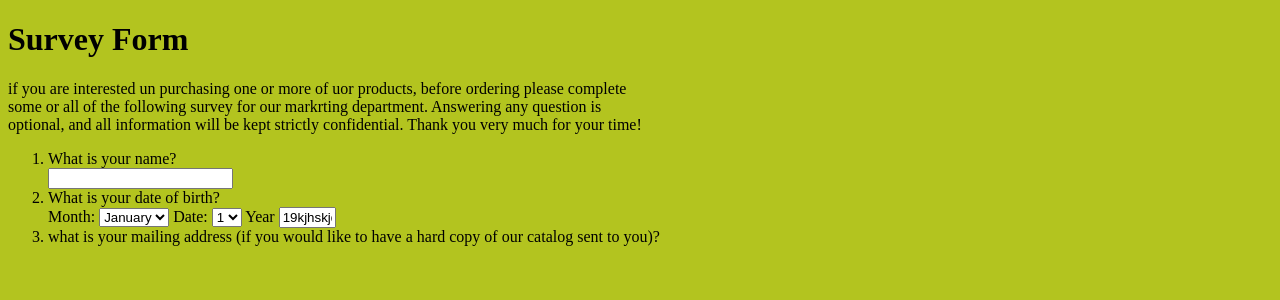
Repository: PhamChiXuan1/HTCNW_tuan3_DHCNTT16C_PhamChiXuan_20030131
Page: bt17.html
The author's editor kept a copy of each file at every save. The page is drawn from the files as they stood at one save, then again after the next save.
The browser window is 1280 px wide. The pictures show the whole page.

Above is the page before, as saved 2022-02-27 22:19:16.

After the next save:
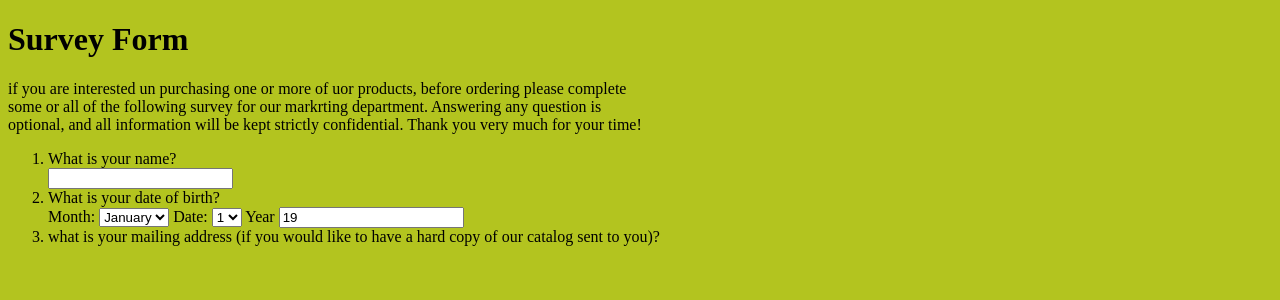
Saved 21 s later.
--- a/bt17.html
+++ b/bt17.html
@@ -25,7 +25,7 @@
                 <option value="1">1</option>
             </select>
             <label for="cars">Year</label>
-            <input type="text" id="" name="19" size="4" value="19kjhskjdgkja;klgrj;klajs;lkgjklajslkgjklasjga;skgj alkjflkja">
+            <input type="text" id="" name="19" size="20" value="19">
             <li>what is your mailing address (if you would like to have a hard copy of our catalog sent to you)?</li>
 
         </form>
